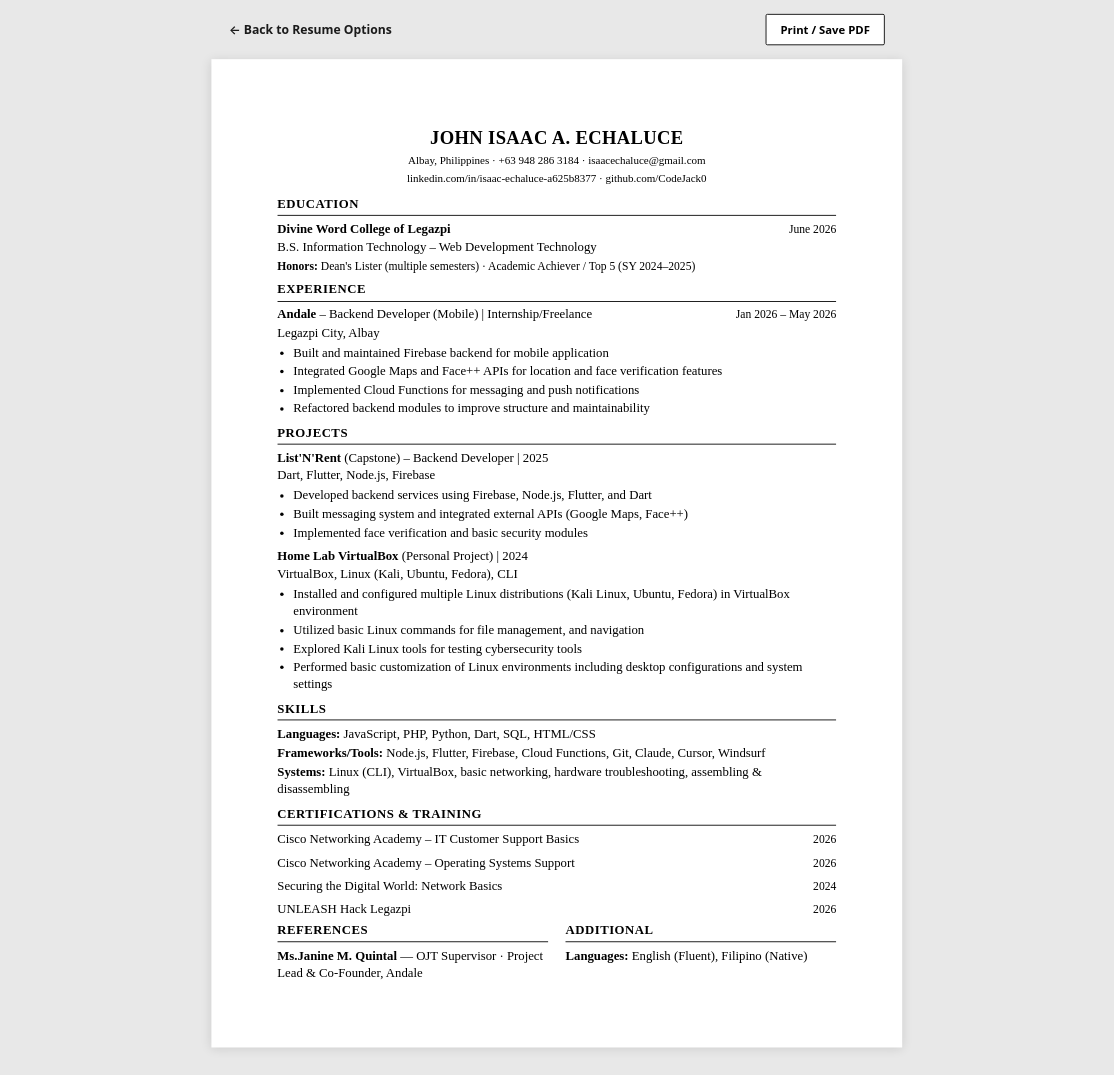
Repository: CodeJack0/Professional_Portfolio
Page: pages/resume.html
These files come from the project's save history. The page is drawn as it stood at one moment and after the next save; the edit follows.
The browser window is 1280 px wide. The pictures show the whole page, at 87% of full size.

Above is the page before, as saved 2026-05-30 13:57:36.

After the next save:
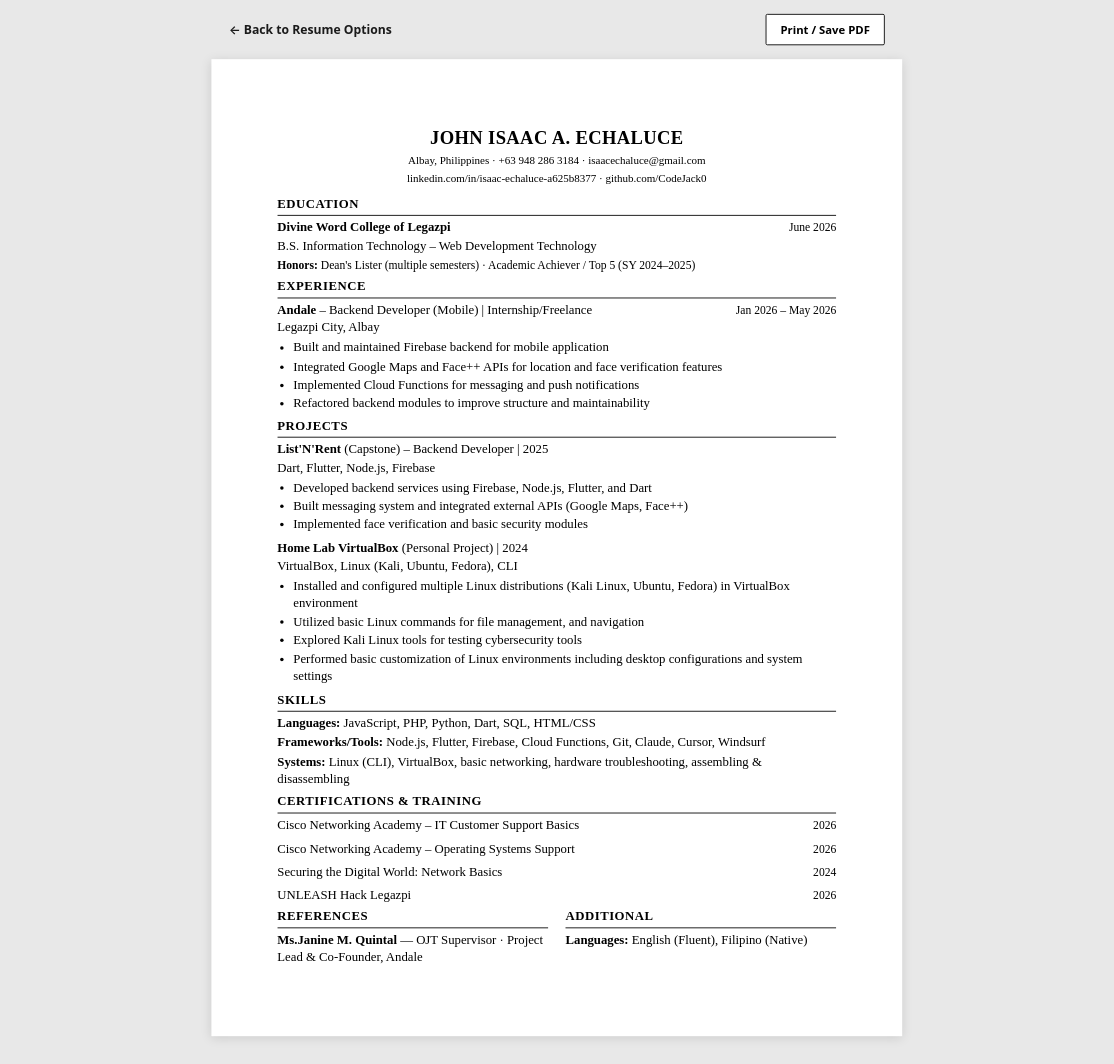
Saved 4 s later.
--- a/css/resume.css
+++ b/css/resume.css
@@ -174,7 +174,7 @@ body.resume-page {
   font-weight: 700;
   text-transform: uppercase;
   letter-spacing: 0.04em;
-  margin: 0.5rem 0 0.35rem;
+  margin: 0.35rem 0 0.25rem;
   padding-bottom: 0.15rem;
   border-bottom: 1px solid #000;
 }
